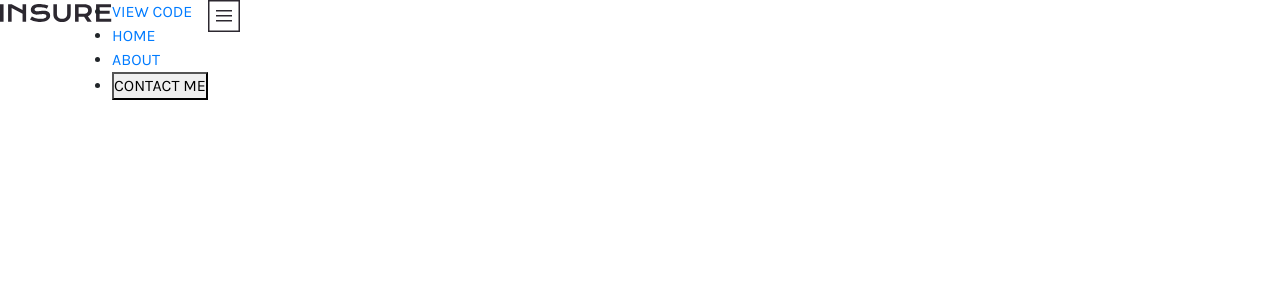
Repository: Afeez-Ola/Insure-landing-page
Page: index.html
The author's editor kept a copy of each file at every save. The page is drawn from the files as they stood at one save, then again after the next save.
The browser window is 1280 px wide. The pictures show the whole page.
Some web libraries are served in a nearby version.

Above is the page before, as saved 2020-07-30 00:41:25.

After the next save:
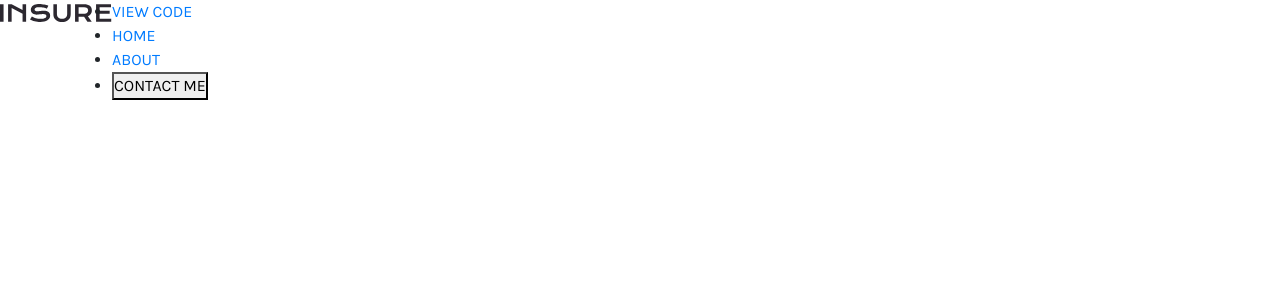
Console error: TypeError: Cannot read properties of null (reading 'addEventListener')
Saved 11 s later.
--- a/index.html
+++ b/index.html
@@ -49,9 +49,9 @@
                     <button>CONTACT ME</button>
                 </li>
             </ul>
-            <div class="burger">
+            <!-- <div class="burger">
                 <img src="/images/icon-hamburger.svg" alt="burger">
-            </div>
+            </div> -->
         </nav>
 
     </header>
